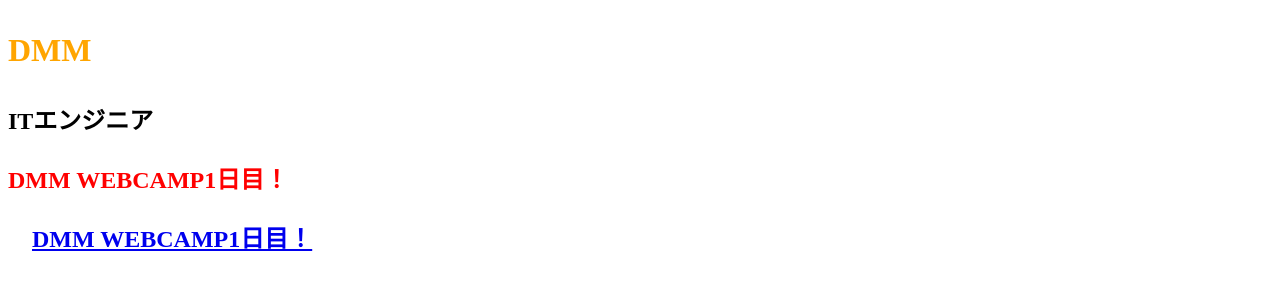
Repository: sunny0105yoko/bookers2-debug
Page: sample/sample.html
The author's editor kept a record of every edit. The page is drawn from the files as they stood at one moment, then again after the next edit.
The browser window is 1280 px wide. The pictures show the whole page.

Above is the page before.

### sample/sample.html
<!DOCTYPE HTML>
<html lang="ja">
  <head>
    <meta charset="UTF-8" />
    <title>初めてのHTML</title>

    <link rel="stylesheet" href="style.css" />
  <body>
    <h1>
    <p class="word-orange">DMM</p>
    </h1>
    <h2>ITエンジニア
  　<p class="word-red">DMM WEBCAMP1日目！</p>
  　<a href="https://web-camp.online/lesson/curriculums/283/contents/2646">DMM WEBCAMP1日目！</a

</html>

### sample/style.css
.word-red {
  color: red;
}
.word-orange {
  color: orange;
}

After the next edit:
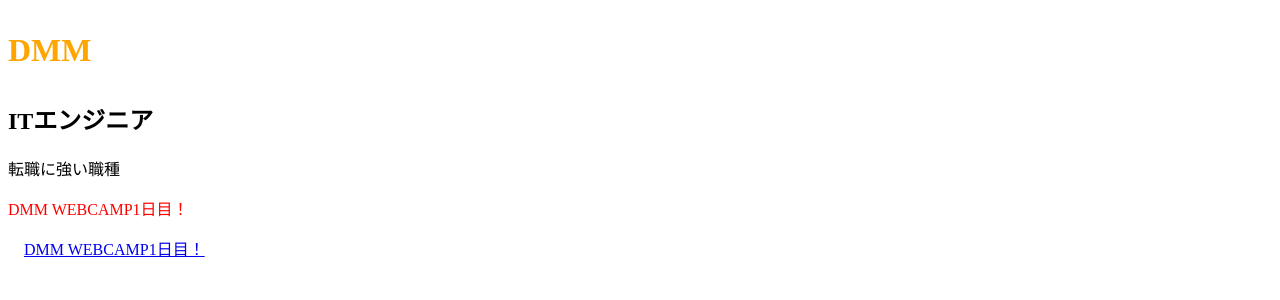
The edit:
--- a/sample/sample.html
+++ b/sample/sample.html
@@ -9,7 +9,8 @@
     <h1>
     <p class="word-orange">DMM</p>
     </h1>
-    <h2>ITエンジニア
+    <h2>ITエンジニア</h2>
+    転職に強い職種
   　<p class="word-red">DMM WEBCAMP1日目！</p>
   　<a href="https://web-camp.online/lesson/curriculums/283/contents/2646">DMM WEBCAMP1日目！</a
 
